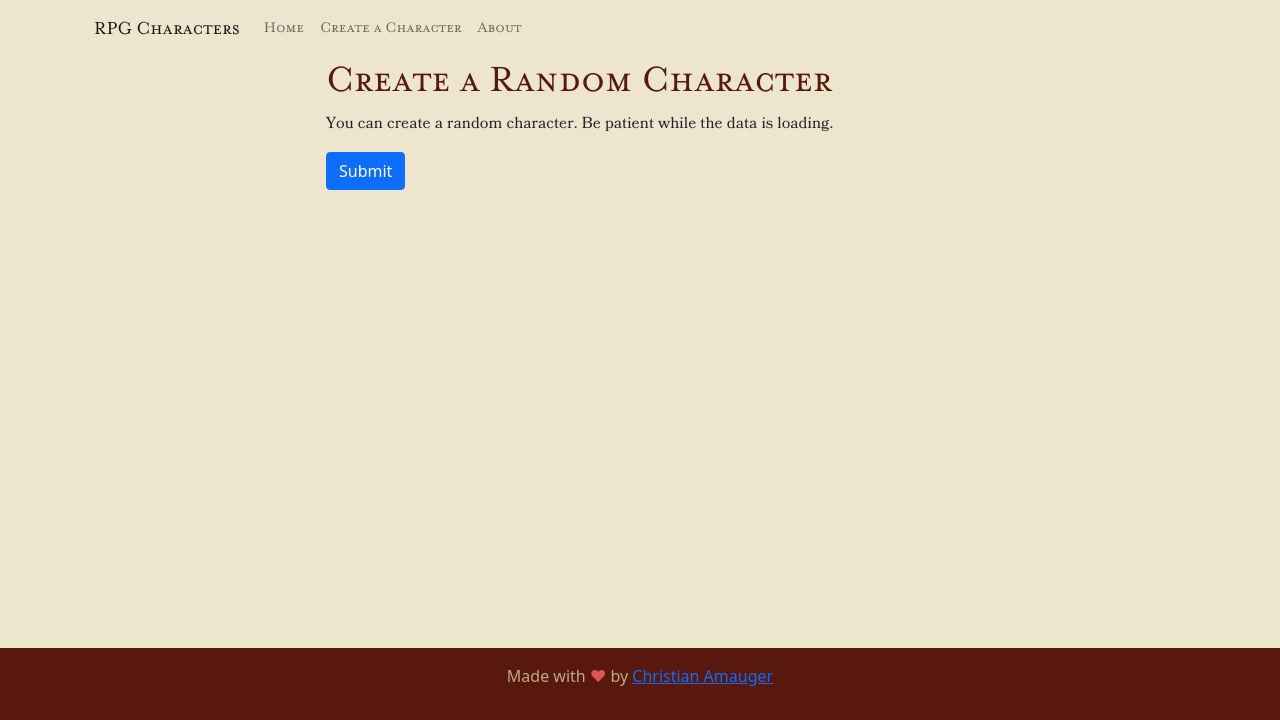
Repository: camauger/rpg-characters
Page: templates/create-character.html
These files come from the project's save history. The page is drawn as it stood at one moment and after the next save; the edit follows.
The browser window is 1280 px wide. The pictures show the whole page.
The template is drawn by Flask 3. The application's start-up code is not run. Other server files are loaded and not shown. The template is opened directly, without the code that normally fills it, so the values that code supplies are empty.

Above is the page before, as saved 2023-05-27 16:44:13.

### templates/create-character.html
<!DOCTYPE html>
<html lang="en">

<head>
  <link href="https://cdn.jsdelivr.net/npm/bootstrap@5.0.2/dist/css/bootstrap.min.css" rel="stylesheet"
    integrity="sha384-EVSTQN3/azprG1Anm3QDgpJLIm9Nao0Yz1ztcQTwFspd3yD65VohhpuuCOmLASjC" crossorigin="anonymous" />
    <link rel="stylesheet" href="{{ url_for('static', filename='custom.css') }}" />
  <meta charset="UTF-8" />
  <meta name="viewport" content="width=device-width, initial-scale=1" />
  <title>RPG Characters</title>

</head>

<body style="background-color: #eee5ce">
  <header class="container">
    <nav class="navbar navbar-expand-lg navbar-light" style="font-family: MrEavesRemake; background-color: #eee5ce">
      <div class="container-fluid">
        <a class="navbar-brand" href="#">RPG Characters</a>
        <button class="navbar-toggler" type="button" data-bs-toggle="collapse" data-bs-target="#navbarSupportedContent"
          aria-controls="navbarSupportedContent" aria-expanded="false" aria-label="Toggle navigation">
          <span class="navbar-toggler-icon"></span>
        </button>
        <div class="collapse navbar-collapse" id="navbarSupportedContent">
          <ul class="navbar-nav me-auto mb-2 mb-lg-0">
            <li class="nav-item">
              <a class="nav-link" aria-current="page" href="/">Home</a>
            </li>
            <li class="nav-item">
              <a class="nav-link" aria-current="page" href="/create-character.html">Create a Character</a>
            </li>
            <li class="nav-item">
              <a class="nav-link" aria-current="page" href="/about.html">About</a>
            </li>
          </ul>
        </div>
      </div>
    </nav>
  </header>
  <div class="container-fluid" style="margin-bottom: 90px">
    <div class="col-6 m-auto">
      <h1 class="heading-main">Create a Random Character</h1>
    <p class="character-text">You can create a random character. Be patient while the data is loading.</p>
    <div class="form-group">
      <form action="/create-character.html" name="character-creation" method="post" data-netlify="true">
        <button type="submit" class="btn btn-primary"  value="Create Character">Submit</button>
      </form>
    </div>
    </div>
  </div>

  <footer class="footer fixed-bottom mt-auto py-3" style="background-color: #58180d">
    <div class="container">
      <p class="text-center" style="color: #bbad82">
        Made with <span style="color: #e25555">&#9829;</span> by
        <a href="https://ludomancien.com/">Christian Amauger</a>
      </p>
    </div>
  </footer>
  <script src="https://cdn.jsdelivr.net/npm/bootstrap@5.0.2/dist/js/bootstrap.bundle.min.js"
    integrity="sha384-MrcW6ZMFYlzcLA8Nl+NtUVF0sA7MsXsP1UyJoMp4YLEuNSfAP+JcXn/tWtIaxVXM"
    crossorigin="anonymous"></script>
</body>

</html>

### static/custom.css
@font-face {
  font-family: BookInsanityRemake;
  src: url("../static/fonts/5e/Bookinsanity.woff2");
  font-weight: normal;
}

@font-face {
  font-family: MrEavesRemake;
  src: url("../static/fonts/5e/Mr Eaves Small Caps.woff2");
  font-weight: normal;
  font-style: normal;
}

:root {
  --HB_Color_Background: #eee5ce;
  --HB_Color_Accent: #e0e5c1;
  --HB_Color_HeaderUnderline: #c0ad6a;
  --HB_Color_HorizontalRule: #9c2b1b;
  --HB_Color_HeaderText: #58180d;
  --HB_Color_MonsterStatBackground: #f2e5b5;
  --HB_Color_CaptionText: #766649;
  --HB_Color_WatercolorStain: #bbad82;
  --HB_Color_Footnotes: #c9ad6a;
}

.heading-main {
  font-family: "MrEavesRemake";
  color: #58180d;
}

.character-card-title {
  font-family: "MrEavesRemake";
  color:  #58180d;
}

.character-card-subtitle,
.card-text,
.character-text {
  font-family: "BookInsanityRemake";
}

After the next save:
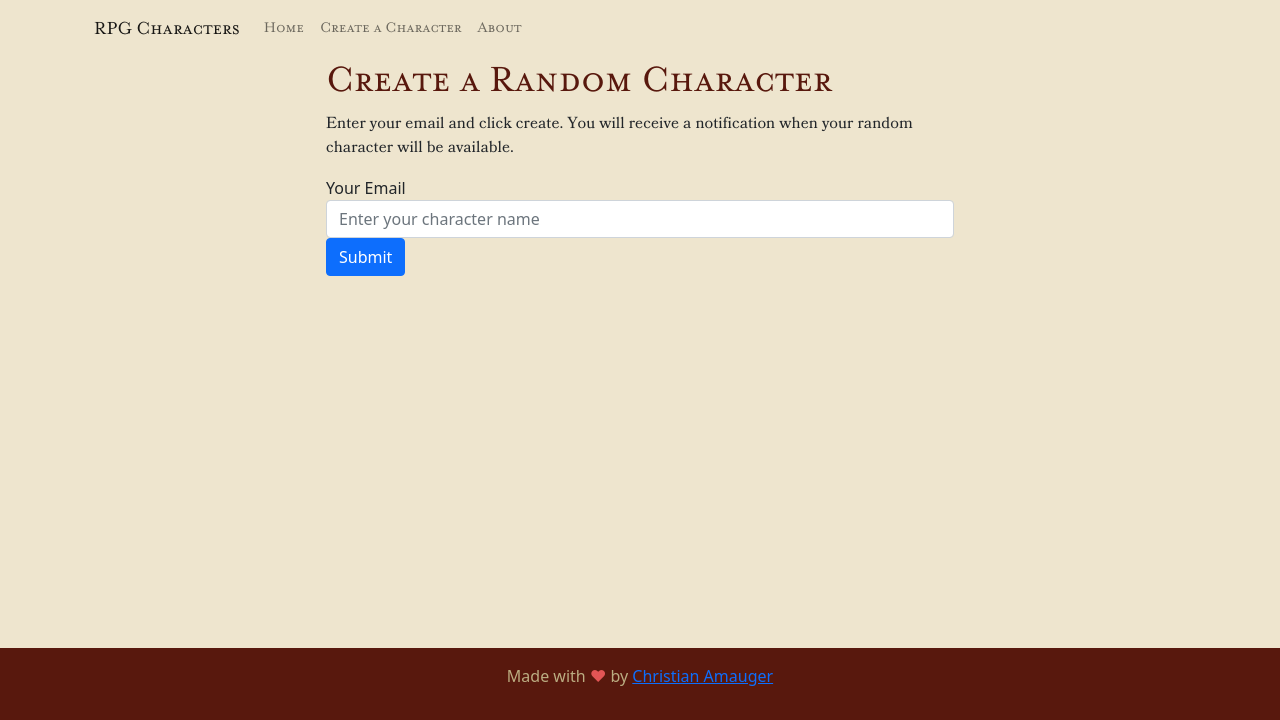
Saved 110 s later.
--- a/templates/create-character.html
+++ b/templates/create-character.html
@@ -39,9 +39,11 @@
   <div class="container-fluid" style="margin-bottom: 90px">
     <div class="col-6 m-auto">
       <h1 class="heading-main">Create a Random Character</h1>
-    <p class="character-text">You can create a random character. Be patient while the data is loading.</p>
+    <p class="character-text">Enter your email and click create. You will receive a notification when your random character will be available.</p>
     <div class="form-group">
       <form action="/create-character.html" name="character-creation" method="post" data-netlify="true">
+        <label for="email">Your Email</label>
+        <input type="text" class="form-control" id="character-name" name="character-name" placeholder="Enter your character name" required>
         <button type="submit" class="btn btn-primary"  value="Create Character">Submit</button>
       </form>
     </div>
